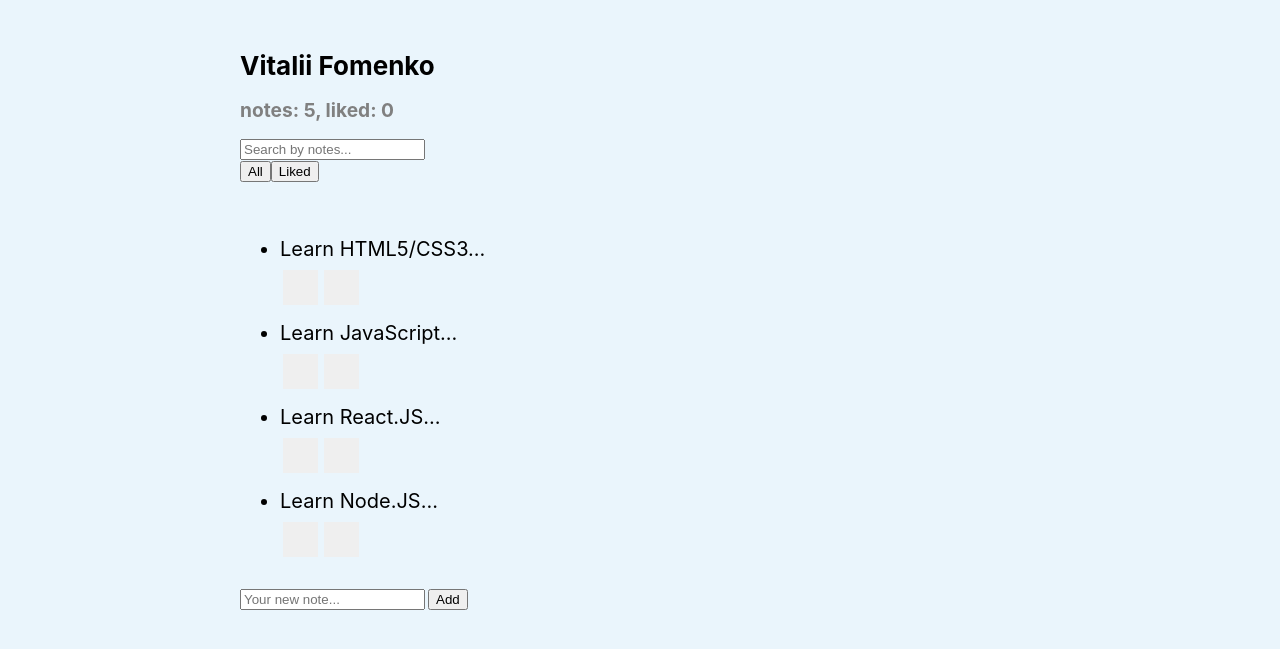
Repository: vitfomenko/react-notes-app
Page: /
These files come from the project's save history. The page is drawn as it stood at one moment and after the next save; the edit follows.
The browser window is 1280 px wide. The pictures show the whole page.
The project was rebuilt for these pictures with package versions that can differ from the ones it lists, and the page was loaded fresh each time.

Above is the page before, as saved 2021-01-05 11:37:13.

After the next save:
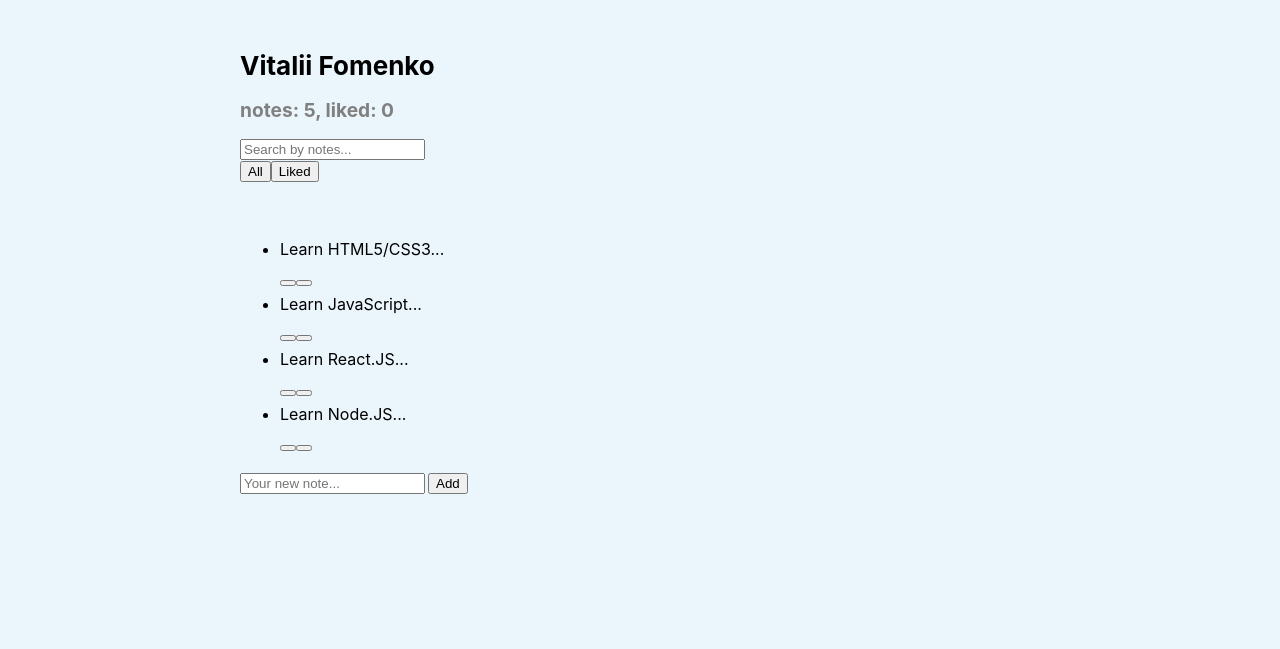
Saved 11 s later.
--- a/src/components/post-list-item/post-list-item.js
+++ b/src/components/post-list-item/post-list-item.js
@@ -7,7 +7,7 @@
     let classNames = 'app-list-item d-flex justify-content-between';
 
     return (
-        <li className="app-list-item d-flex justify-content-between">
+        <li className="">
             <span className="app-list-item-label">
                 {label}
             </span>

After the 3 saves that followed:
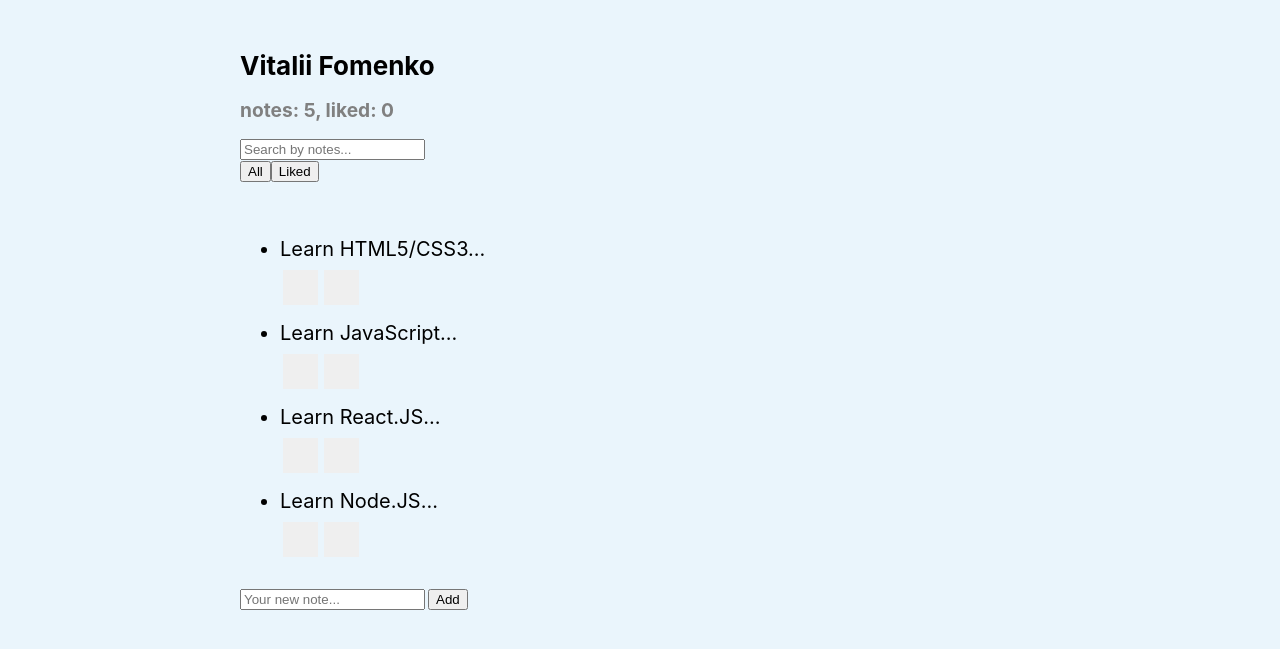
The 3 saves are shown as one change because 1 did not build or start and some came seconds apart.
The last was saved 11 s later.
--- a/src/components/post-list-item/post-list-item.js
+++ b/src/components/post-list-item/post-list-item.js
@@ -7,7 +7,7 @@
     let classNames = 'app-list-item d-flex justify-content-between';
 
     return (
-        <li className="">
+        <li className={classNames}>
             <span className="app-list-item-label">
                 {label}
             </span>
